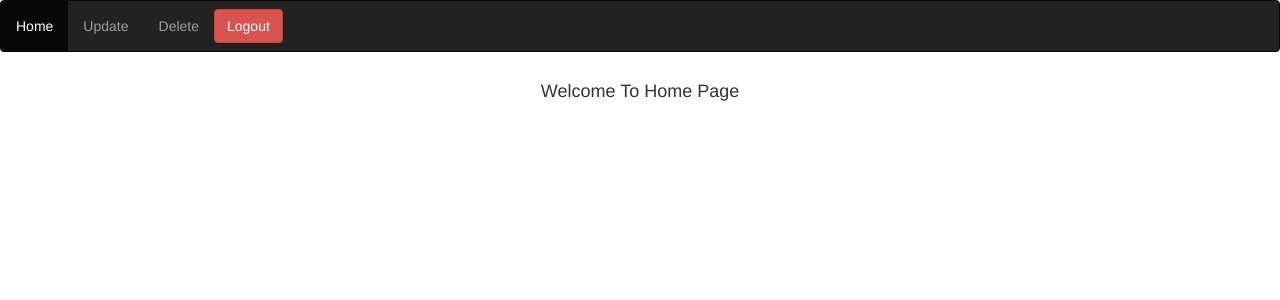
Repository: AvantiKopulwar/Task-Workspace
Page: http://localhost/AdminStudentLogin/homePage.jsp
An editor plug-in stored every save of this project. The page is shown before and after the next save, followed by the edit.
The browser window is 1280 px wide. The pictures show the whole page.
The page is served by Tomcat 9. Nobody is signed in. The application's start-up code is not run. Other server files are loaded and not shown.

Above is the page before, as saved 2018-10-01 13:39:59.

### AdminStudentLogin/WebContent/homePage.jsp
<%@ page language="java" contentType="text/html; charset=ISO-8859-1"
    pageEncoding="ISO-8859-1"%>
<!DOCTYPE html>
<html lang="en">
<head>
  <title>Bootstrap Example</title>
  <meta charset="utf-8">
  <meta name="viewport" content="width=device-width, initial-scale=1">
  <link rel="stylesheet" href="https://maxcdn.bootstrapcdn.com/bootstrap/3.3.7/css/bootstrap.min.css">
  <script src="https://ajax.googleapis.com/ajax/libs/jquery/3.3.1/jquery.min.js"></script>
  <script src="https://maxcdn.bootstrapcdn.com/bootstrap/3.3.7/js/bootstrap.min.js"></script>
</head>
<body>

<nav class="navbar navbar-inverse">
  <!-- <div class="container-fluid">
    <div class="navbar-header">
      <a class="navbar-brand" href="#">WebSiteName</a>
    </div> -->
    <ul class="nav navbar-nav">
      <li class="active"><a href="#">Home</a></li>
      <li><a href="#">Update</a></li>
      <li><a href="#">Delete</a></li>
    </ul>
    <button class="btn btn-danger navbar-btn">Logout</button>
  </div>
</nav>

<div class="container">
  <h4 align="center">Welcome To Home Page</h4>
</div>

</body>
</html>

After the next save:
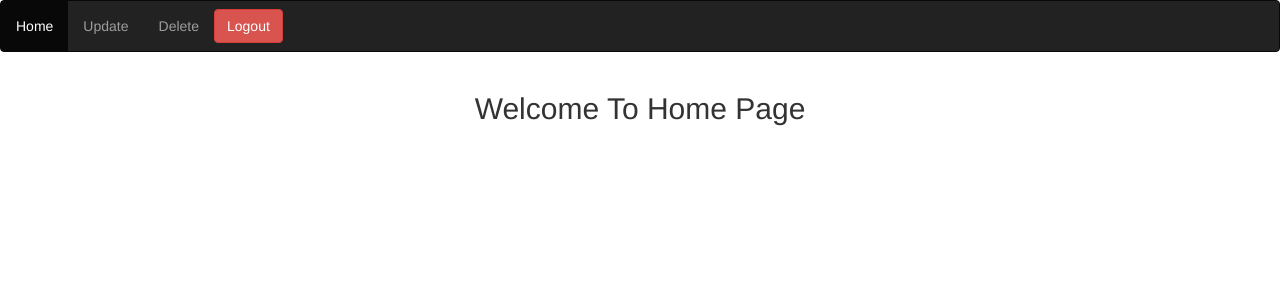
Saved 17 s later.
--- a/AdminStudentLogin/WebContent/homePage.jsp
+++ b/AdminStudentLogin/WebContent/homePage.jsp
@@ -27,7 +27,7 @@
 </nav>
 
 <div class="container">
-  <h4 align="center">Welcome To Home Page</h4>
+  <h2 align="center">Welcome To Home Page</h4>
 </div>
 
 </body>
